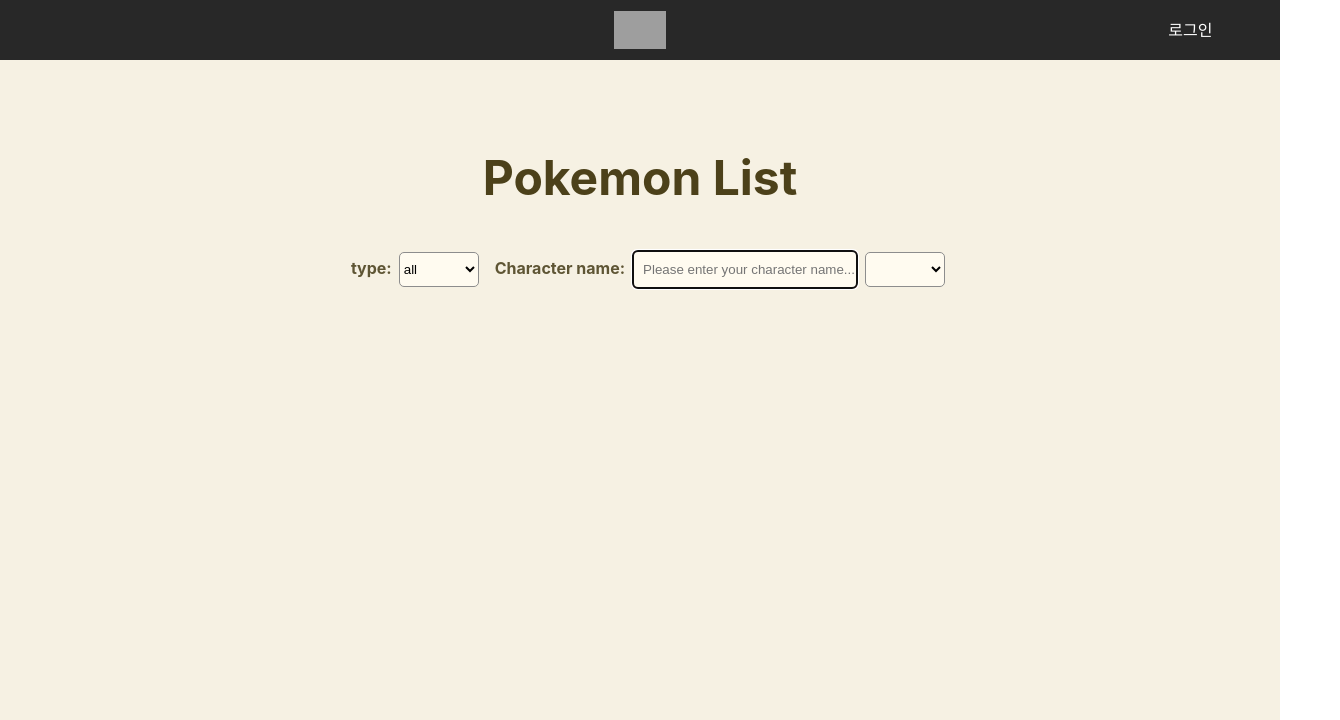
Repository: LeeYuNa0402/pokemon_vite
Page: /
The author's editor kept a copy of each file at every save. The page is drawn from the files as they stood at one save, then again after the next save.
The browser window is 1280 px wide. The page is 1340 px wide, so the pictures cover 1340 px, including what lies to the right of the window. The pictures show the whole page.
The first visible `.pokemon-search input` has the focus.
Pictures or frames that could not be fetched are drawn as grey boxes. The page's requests for data from a server got no answer. The project was rebuilt for these pictures with package versions that can differ from the ones it lists, and the page was loaded fresh each time. No one was signed in, and anything a server would have sent is missing. Also part of the build but not shown: vite.config.ts, src/css/pokemon_type.css, src/PokemonDetail.tsx, src/Login.tsx, src/LoginInfo.tsx.

Above is the page before, as saved 2023-10-05 16:34:26.

### src/main.tsx
// import React from "react";
// import ReactDOM from "react-dom/client";
// import App from "./App.tsx";
// import "./index.css";

// ReactDOM.createRoot(document.getElementById("root")!).render(
//   <>
//     <App />
//   </>
// );

import ReactDOM from "react-dom/client";
import "./index.css";
import App from "./App";
import PokemonDetail from "./PokemonDetail";
import Login from "./Login";
import LoginInfo from "./LoginInfo";

import { createBrowserRouter, RouterProvider } from "react-router-dom";

const router = createBrowserRouter([
  {
    path: "/",
    element: <App />,
  },
  {
    path: ":name",
    element: <PokemonDetail />,
  },
  {
    path: "Login",
    element: <Login />,
  },
  {
    path: "LoginInfo",
    element: <LoginInfo />,
  },
]);

// const router = createBrowserRouter([
//   {
//     path: "/",
//     element: <Login />,
//   },
//   {
//     path: ":name",
//     element: <PokemonDetail />,
//   },
//   {
//     path: "App",
//     element: <App />,
//   },
//   {
//     path: "LoginInfo",
//     element: <LoginInfo />,
//   },
// ]);

const root = ReactDOM.createRoot(
  document.getElementById("root") as HTMLElement
);
root.render(<RouterProvider router={router} />);

### src/App.tsx
import PokemonList from "./PokemonList";

const App = () => {
  return (
    <div>
      <PokemonList />
    </div>
  );
};

export default App;

### src/PokemonList.tsx
import { useEffect, useState } from "react";
import axios from "axios";
import { useNavigate } from "react-router-dom";
import "./css/reset.css";
import "./css/style.css";
import CombineMenu from "./CombineMenu";
import Loading from "./Loading";

const PokemonList = () => {
  const navigate = useNavigate();
  // const { state } = useLocation();
  const [data, setData] = useState<any>([]);

  const [loading, setLoading] = useState(true);

  const [filterInput, setFilterInput] = useState("");
  const [filterSelect, setFilterSelect] = useState("all");
  const [sortName, setSortName] = useState("");
  const filterOptions = [
    { value: "all", name: "all" },
    { value: "grass", name: "grass" },
    { value: "poison", name: "poison" },
    { value: "fire", name: "fire" },
    { value: "flying", name: "flying" },
    { value: "water", name: "water" },
    { value: "bug", name: "bug" },
    { value: "normal", name: "normal" },
  ];

  useEffect(() => {
    const fetchData = async () => {
      const pokemonData = [];

      for (let i = 1; i <= 20; i++) {
        try {
          const response = await axios.get(
            `https://pokeapi.co/api/v2/pokemon/${i}`
          );
          pokemonData.push(response.data);
        } catch (error) {
          console.log(error, `pokemon ${i}`);
        }
      }

      setData(pokemonData);
      setLoading(false);
    };

    fetchData();
  }, []);

  const filteredData = data.filter((item: any) => {
    if (item.name.toLowerCase().includes(filterInput.toLowerCase()) === false) {
      console.log("없음");
    } else {
      if (filterSelect === "all") {
        return item.name.toLowerCase().includes(filterInput.toLowerCase());
      } else {
        return (
          item.name.toLowerCase().includes(filterInput.toLowerCase()) &&
          item.types.some((type: any) => type.type.name === filterSelect)
        );
      }
    }
  });

  return (
    <div className="pokemon-list">
      {loading ? (
        <Loading />
      ) : (
        <>
          <CombineMenu />

          <h1 className="main-tit">Pokemon List</h1>
          <form className="pokemon-search">
            <label htmlFor="types">type:</label>
            <select
              id="types"
              value={filterSelect}
              onChange={(e) => {
                setFilterSelect(e.target.value);
              }}
            >
              {filterOptions.map((option) => (
                <option key={option.value} value={option.value}>
                  {option.name}
                </option>
              ))}
            </select>

            <label htmlFor="types">Character name:</label>
            <input
              type="text"
              placeholder="Please enter your character name..."
              value={filterInput}
              onChange={(e) => {
                setFilterInput(e.target.value);
              }}
              className="search_input"
            />

            <select
              value={sortName}
              onChange={(e) => setSortName(e.target.value)}
            ></select>
          </form>
          <ul className="pokemon-cont">
            {filteredData?.map((item: any, index: number) => (
              <li
                onClick={() =>
                  navigate(item.name, {
                    state: {
                      name: item.name,
                      height: item.height,
                      weight: item.weight,
                      front_shiny: item.sprites.front_default,
                    },
                  })
                }
                key={`list_${index}`}
              >
                <span className="order"># {item.order}</span>
                <h2 className="name">{item.name}</h2>
                <img key={`list_${index}`} src={item.sprites.front_shiny} />

                <div>
                  {item?.types?.map((item: any, idx: any) => (
                    <p
                      key={`${idx}_${item.ability}`}
                      className={
                        item.type.name == "grass"
                          ? "grass"
                          : item.type.name == "water"
                          ? "water"
                          : item.type.name == "fire"
                          ? "fire"
                          : item.type.name == "bug"
                          ? "bug"
                          : item.type.name == "normal"
                          ? "normal"
                          : item.type.name == "poison"
                          ? "poison"
                          : item.type.name == "flying"
                          ? "flying"
                          : ""
                      }
                    >
                      {item.type.name}
                    </p>
                  ))}
                </div>
              </li>
            ))}
          </ul>
        </>
      )}
    </div>
  );
};

export default PokemonList;

### src/css/reset.css
html,
body,
div,
span,
applet,
object,
iframe,
h1,
h2,
h3,
h4,
h5,
h6,
p,
blockquote,
pre,
a,
abbr,
acronym,
address,
big,
cite,
code,
del,
dfn,
em,
img,
ins,
kbd,
q,
s,
samp,
small,
strike,
strong,
sub,
sup,
tt,
var,
b,
u,
i,
center,
dl,
dt,
dd,
ol,
ul,
li,
fieldset,
form,
label,
legend,
table,
caption,
tbody,
tfoot,
thead,
tr,
th,
td,
article,
aside,
canvas,
details,
embed,
figure,
figcaption,
footer,
header,
hgroup,
menu,
nav,
output,
ruby,
section,
summary,
time,
mark,
audio,
video {
  margin: 0;
  padding: 0;
  border: 0;
  font-size: 100%;
  font: inherit;
  vertical-align: baseline;
  /* color: #000; */
}
/* HTML5 display-role reset for older browsers */
article,
aside,
details,
figcaption,
figure,
footer,
header,
hgroup,
menu,
nav,
section {
  display: block;
}
body {
  line-height: 1;
}
ol,
ul {
  list-style: none;
}
blockquote,
q {
  quotes: none;
}
blockquote:before,
blockquote:after,
q:before,
q:after {
  content: "";
  content: none;
}
table {
  border-collapse: collapse;
  border-spacing: 0;
}

### src/css/style.css
#root {
  display: flex;
  justify-content: center;
  align-items: flex-start;
  /* height: 100vh; */
  /* background-color: rgba(26, 82, 142, 1);
    background-image: linear-gradient(to top, #304667, #041f4c);
    background: linear-gradient(to top, #304667, rgba(66, 16, 100, 0.6)),
      url(../image/cloude.png) no-repeat right 0; */
  background-color: #f6f1e3;
  /* padding: 8rem 0 8rem; */
  min-height: 100vh;
  width: 100%;
}

.pokemon-detail {
  text-align: center;
  width: 41%;
  background-color: #fcfcfc;
  border-radius: 20px;
  padding: 4rem 0;
  --tw-shadow: 0 4px 6px -1px rgb(0 0 0 / 0.1), 0 2px 4px -2px rgb(0 0 0 / 0.1);
  --tw-shadow-colored: 0 4px 6px -1px var(--tw-shadow-color),
    0 2px 4px -2px var(--tw-shadow-color);
  box-shadow: var(--tw-ring-offset-shadow, 0 0 #0000),
    var(--tw-ring-shadow, 0 0 #0000), var(--tw-shadow);
}

.pokemon-detail .name {
  font-size: 2rem;
  font-weight: bold;
  color: #746b4a;
}

.pokemon-detail .detail-img {
  width: 20%;
  border: 1px solid #8d7e49;
  margin: 1rem 0;
  --tw-shadow: 0 4px 6px -1px rgb(0 0 0 / 0.1), 0 2px 4px -2px rgb(0 0 0 / 0.1);
  --tw-shadow-colored: 0 4px 6px -1px var(--tw-shadow-color),
    0 2px 4px -2px var(--tw-shadow-color);
  box-shadow: var(--tw-ring-offset-shadow, 0 0 #0000),
    var(--tw-ring-shadow, 0 0 #0000), var(--tw-shadow);
  border-radius: 2%;
}

.pokemon-detail .characteristic {
  color: #282828;
}

.pokemon-detail .go-back-btn {
  position: absolute;
  top: 31%;
  left: 68.4%;
  transform: translate(-50%);
  background-color: #484848;
  /* width: 35px; */
  /* height: 35px; */
  border: none;
  border: 1px solid #484848;
  cursor: pointer;
  border-radius: 5px;
  transition: 0.3s;
  color: #fff;
  padding: 0.4rem 0.8rem;
}

.pokemon-detail .go-back-btn:hover {
  background-color: #fff;
  color: #000;
}

.pokemon-list {
  /* max-width: 1400px; */
  width: 100%;
  width: 1400px;
  margin-top: 11%;
}

.pokemon-list h1 {
  /* color: #ffc400;
    list-style: none;
    padding-left: 0px;
    text-align: center;
    margin-top: 0;
    font-size: 3rem;
    font-weight: bold; */
  /* padding-top: 5rem; */
}

.pokemon-list .order {
  font-size: 0.9rem;
  color: #b0a48b;
  position: absolute;
  top: 5%;
  left: 5%;
}

.main-tit {
  text-align: center;
  color: #4c411a;
  font-size: 3rem;
  font-weight: bold;
}

.pokemon-cont {
  display: flex;
  justify-content: flex-start;
  align-items: center;
  flex-wrap: wrap;
  list-style: none;
  padding-left: 0px;
  margin-top: 3rem;
  padding-bottom: 9rem;
}

.pokemon-cont li {
  position: relative;
  background-color: #fcfcfc;
  width: 24%;
  padding: 2rem 1rem;
  margin-bottom: 1rem;
  margin-right: 1%;
  text-align: center;
  cursor: pointer;
  transition: 0.3s;
  color: #6e623c;
  font-weight: bold;
  font-size: 1.1rem;
  --tw-shadow: 0 4px 6px -1px rgb(0 0 0 / 0.1), 0 2px 4px -2px rgb(0 0 0 / 0.1);
  --tw-shadow-colored: 0 4px 6px -1px var(--tw-shadow-color),
    0 2px 4px -2px var(--tw-shadow-color);
  box-shadow: var(--tw-ring-offset-shadow, 0 0 #0000),
    var(--tw-ring-shadow, 0 0 #0000), var(--tw-shadow);
  border-radius: 18px;
  box-sizing: border-box;
}

.pokemon-cont li:hover {
  transform: scale(1.05);
}

.pokemon-cont li:nth-child(4n) {
  margin-right: 0;
}

.pokemon-detail {
  text-align: center;
  margin: 29vh 0;
}
.pokemon-name {
  font-size: 2rem;
  font-weight: bold;
  color: #ffc400;
}

.main-cha {
  border: 1px solid gray;
  padding: 3rem;
  margin: 1rem 0;
  transition: 0.2s;
  --tw-shadow: 0 4px 6px -1px rgb(0 0 0 / 0.1), 0 2px 4px -2px rgb(0 0 0 / 0.1);
  --tw-shadow-colored: 0 4px 6px -1px var(--tw-shadow-color),
    0 2px 4px -2px var(--tw-shadow-color);
  box-shadow: var(--tw-ring-offset-shadow, 0 0 #0000),
    var(--tw-ring-shadow, 0 0 #0000), var(--tw-shadow);
}

.main-cha:hover {
}

.s-cha {
  border: 1px solid #e8e8e8;
  padding: 1rem;
  margin-right: 1%;
  background-color: #fafafa;
  transition: 0.2s;
  margin-top: 3rem;
}
.s-cha:last-child {
  margin-right: 0;
  margin-top: 1%;
}
.s-cha:hover {
  --tw-shadow: 0 4px 6px -1px rgb(0 0 0 / 0.1), 0 2px 4px -2px rgb(0 0 0 / 0.1);
  --tw-shadow-colored: 0 4px 6px -1px var(--tw-shadow-color),
    0 2px 4px -2px var(--tw-shadow-color);
  box-shadow: var(--tw-ring-offset-shadow, 0 0 #0000),
    var(--tw-ring-shadow, 0 0 #0000), var(--tw-shadow);
}

.abilities {
  display: flex;
  justify-content: center;
  align-items: center;
}
.abilities > div {
  margin-right: 5px;
}

/* ***********************login 페이지************************* */
.Login {
  /* background-color: #f5f5f9;
    width: 100%;
    height: 100vh;
    padding-top: 23vh; */
  padding: 12rem 0;
}
.login-cont {
  background-color: #fcfcfc;
  width: 20%;
  margin: 0 auto;
  padding: 1rem;
  /* text-align: center; */
  padding: 3.5rem 3rem 5rem;
  --tw-shadow: 0 4px 6px -1px rgb(0 0 0 / 0.1), 0 2px 4px -2px rgb(0 0 0 / 0.1);
  --tw-shadow-colored: 0 4px 6px -1px var(--tw-shadow-color),
    0 2px 4px -2px var(--tw-shadow-color);
  box-shadow: var(--tw-ring-offset-shadow, 0 0 #0000),
    var(--tw-ring-shadow, 0 0 #0000), var(--tw-shadow);
  border-radius: 10px;
}

.forgot-pass {
  position: absolute;
  right: 0;
  top: 0;
  color: #696cff;
  font-size: 0.8rem;
}

.password-wrap {
  position: relative;
}
.fontawesome-eye {
  position: absolute;
  right: 2%;
  padding: 5px;
  /* border: 1px solid red; */
  top: 37%;
  cursor: pointer;
}
.Login .pokemon-logo {
  width: 43%;
  display: block;
  margin: 0 auto 2rem;
}

.Login h2 {
  font-size: 1.2rem;
  margin-bottom: 0.2rem;
}

.Login p {
  font-size: 1rem;
}
.Login form {
  margin: 2rem 0 1.3rem;
}
.Login form input {
  width: 100%;
  padding: 0.6rem 0.2rem;
  margin-top: 7px;
  border-radius: 7px;
  outline: 0;
  border: 1px solid #c7cdd4;
  border-radius: 0.375rem;
  box-sizing: border-box;
}

.Login form input:focus {
  outline: none;
  border-color: #696cff !important;
}

.Login form label {
  display: block;
  text-align: left;
  font-weight: bold;
  color: #4f4d4d;
  cursor: pointer;
}

.Login .sign-in {
  display: block;
  margin: 0 auto;
  background: linear-gradient(to bottom, rgb(57 42 88) 0%, rgb(68 79 116) 100%);
  color: white;
  padding: 10px 30px;
  border: 1px solid rgba(0, 0, 0, 0.21);
  border-bottom: 4px solid rgb(39 49 83);
  border-radius: 4px;
  text-shadow: 0 1px 0 rgba(0, 0, 0, 0.15);
  transition: 0.3s;
  width: 100%;
  cursor: pointer;
}

.Login .sign-in:hover {
  transform: translateY(5px);
  background: linear-gradient(to bottom, rgb(48 34 76) 0%, rgb(60 72 112) 100%);
}

.Login .check-remember input {
  width: auto;
}

.Login label {
  font-size: 0.9rem;
}

.Login input {
  margin-bottom: 15px;
}
.Login input[type="password"] {
  /* margin-bottom: 8px; */
}

.Login input[type="checkbox"] {
  margin-right: 5px;
}

button[disabled] {
  background: linear-gradient(
    to bottom,
    rgb(196 200 203) 0%,
    rgb(154 154 154) 100%
  ) !important;
  cursor: default !important;
  border-bottom: 4px solid rgb(142 145 146) !important;
}
button[disabled]:hover {
  transform: translateY(0) !important;
}
.create-account-wrap {
  text-align: center;
  margin-top: 1rem;
}
.create-account {
  color: #696cff;
}

/* ***********************LoginInfo 페이지************************* */
.logininfo {
  text-align: center;
  background-color: #ededed;
  padding: 5rem;
  border-radius: 15px;

  width: 19%;
}

.logininfo .member {
  font-size: 1.8rem;
  font-weight: bold;
  margin-bottom: 6rem;
}

.logininfo button {
  margin: 0 auto;
  color: white;
  border: 1px solid rgba(0, 0, 0, 0.21);
  border-radius: 4px;
  text-shadow: 0 1px 0 rgba(0, 0, 0, 0.15);
  transition: 0.3s;
  width: 49%;
  cursor: pointer;
  height: 45px;
  line-height: 44px;

  background: linear-gradient(to bottom, rgb(57 42 88) 0%, rgb(68 79 116) 100%);
  border: 1px solid rgba(0, 0, 0, 0.21);
  border-bottom: 4px solid rgb(39 49 83);
}

.logininfo button:first-child {
  margin-right: 1%;
}

/* .combine-menu */
.combine-menu {
  width: 100%;
  position: fixed;
  top: 0;
  height: 60px;
}

.combine-menu .login {
}

.combine-menu .profile {
  color: #fff;
  position: absolute;
  right: 2%;
  top: 50%;
  transform: translateY(-50%);
  display: flex;
  justify-content: space-around;
  align-items: center;
  width: 10%;
}
.combine-menu .profile .profile-name {
  text-shadow: 0 0 4px #fed22c;
  animation: flicker 1.5s infinite alternate;
  display: flex;
  justify-content: center;
  align-items: center;
}

.combine-menu .profile .name img {
  vertical-align: sub;
  margin-right: 5px;
}

@keyframes flicker {
  /* 0%,
    18%,
    22%,
    25%,
    53%,
    57%,
    100% {
      text-shadow: 0 0 4px #fff, 0 0 11px #fff, 0 0 20px rgb(241, 255, 43);
    }
    20%,
    24%,
    55% {
      text-shadow: none;
    } */
  50% {
    /* opacity: 0; */
    text-shadow: none;
  }
}

.combine-menu {
  width: 100%;
  background-color: #282828;
  position: fixed;
  left: 0;
  top: 0;
  display: flex;
  justify-content: center;
  align-items: center;
  color: #fff;
  z-index: 2;
}

.combine-menu .login {
  cursor: pointer;
  color: #fff;
  transition: 0.2s;
}

.combine-menu .login:hover {
  color: #f6c50b;
}

.combine-menu .logo {
  width: 4%;
}

.appear {
  display: block;
}

.disappear {
  display: none;
}

/* loading */
.loading {
  font-size: 5rem;
}

.pokemon-search {
  text-align: center;
  margin-top: 3rem;
}

.pokemon-search label {
  margin-left: 1rem;
  font-weight: bold;
  color: #5e5534;
}

.pokemon-search input {
  width: 220px;
}
.pokemon-search select {
  width: 80px;
}

.pokemon-search input::placeholder {
  padding-left: 8px;
}

.pokemon-search input,
.pokemon-search select {
  margin-left: 7px;
  border-radius: 5px;
  border: 1px solid #8d8d8d;
  height: 35px;
  background-color: #fffbf0;
  color: #000;
}
.pokemon-search input:focus,
.pokemon-search select:focus {
  border: 1px solid #ff0000;
}

### src/CombineMenu.tsx
import { useNavigate } from "react-router-dom";
import "./css/style.css";

const CombineMenu = () => {
  const navigate = useNavigate();

  const onClickImg = () => {
    navigate(`/Login`);
  };

  // console.log(sessionStorage.getItem("key"), "<===이거 확인중");

  const logoutBtn = () => {
    sessionStorage.removeItem("key");
    localStorage.removeItem("key");
    window.location.reload();
  };

  return (
    <div className="combine-menu">
      <img
        className="logo"
        src="https://lh3.googleusercontent.com/3TSaKxXGo2wT0lu0AyNUBnkk6wkCC2AzOhJyy3JXIPm-AmZ1k9DSAroWeBUyePswCZSs5lVp3mPF7HzUpY9VPlyOV5eddITONINr3WSqLNLm=e365-w1860"
      />

      <div className="profile">
        <div>
          {/* <img
            src="https://file.valofe.com/Valofe_file/web/vfun/images/common/grade/g-new.png"
            alt="g-new"
          /> */}

          {sessionStorage.getItem("key") === null &&
          localStorage.getItem("key") === null
            ? ""
            : sessionStorage.getItem("key") !== null
            ? `${sessionStorage.getItem("key")}님`
            : localStorage.getItem("key") !== null
            ? `${localStorage.getItem("key")}님`
            : ""}
        </div>

        <div className="login" onClick={onClickImg}>
          {sessionStorage.getItem("key") === null &&
          localStorage.getItem("key") === null
            ? "로그인"
            : ""}
          {/* 로그인 */}
        </div>

        <div className="login" onClick={logoutBtn}>
          {sessionStorage.getItem("key") === null &&
          localStorage.getItem("key") === null
            ? ""
            : "로그아웃"}
        </div>
      </div>
    </div>
  );
};

export default CombineMenu;

### src/Loading.tsx
import "./css/style.css";

const Loading = () => {
  return <div className="loading">로딩중....</div>;
};

export default Loading;

Loaded but not shown: index.html (common file); src/index.css (common file)

After the next save:
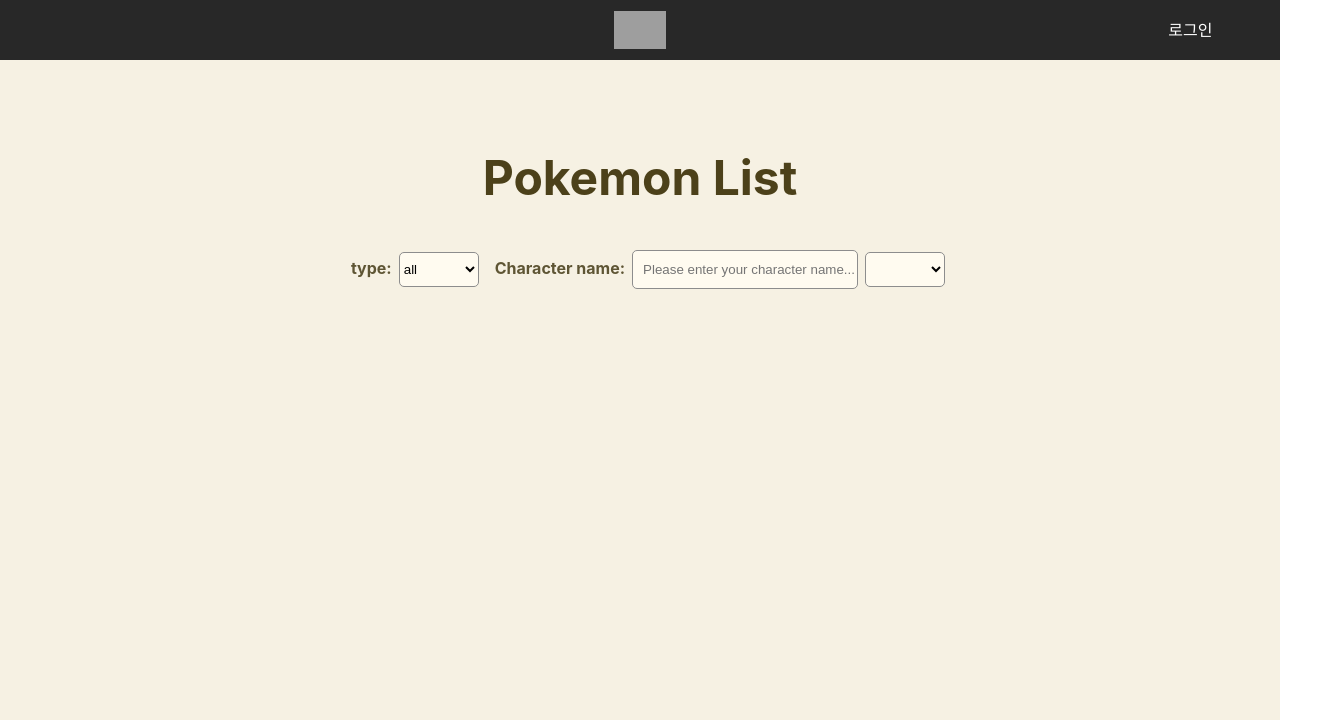
Saved 62 s later.
--- a/src/css/style.css
+++ b/src/css/style.css
@@ -506,5 +506,5 @@
 }
 .pokemon-search input:focus,
 .pokemon-search select:focus {
-  border: 1px solid #ff0000;
-}
+  outline: none;
+}
